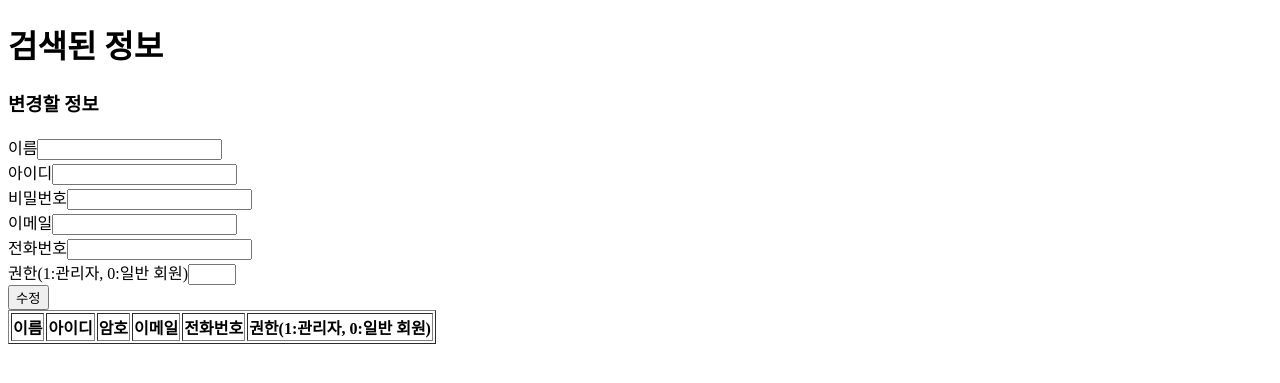
Repository: shinymusket/ideal-memory2
Page: http://localhost/web08/nameInfo.jsp
These files come from the project's save history. The page is drawn as it stood at one moment and after the next save; the edit follows.
The browser window is 1280 px wide. The pictures show the whole page.
The page is served by Tomcat 9. Queries for data that is not in the repository find no rows.

Above is the page before, as saved 2022-06-14 02:16:50.

After the next save:
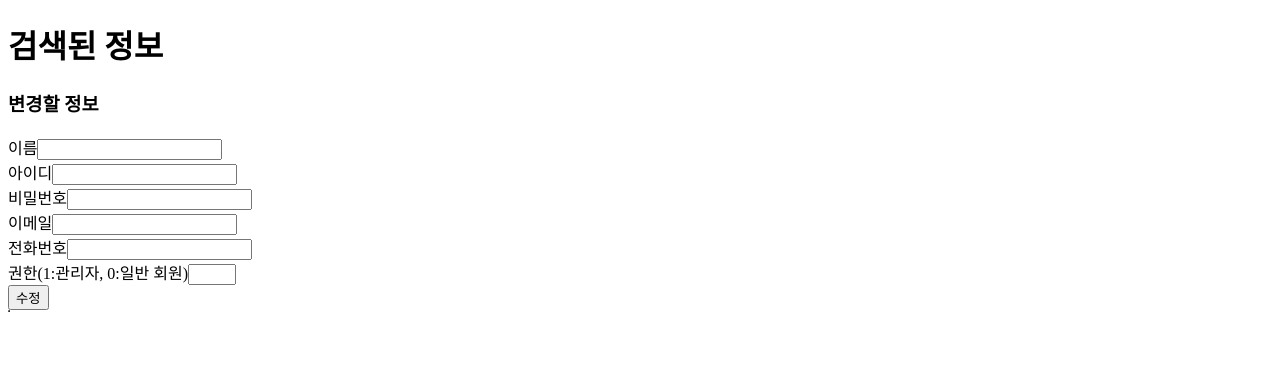
Saved 11 s later.
--- a/jspWorkSpace/web08/WebContent/nameInfo.jsp
+++ b/jspWorkSpace/web08/WebContent/nameInfo.jsp
@@ -24,14 +24,7 @@
 %>
 	<h1>검색된 정보</h1>
 <table border="1">
-	<tr>
-		<th>이름</th>
-		<th>아이디</th>
-		<th>암호</th>
-		<th>이메일</th>
-		<th>전화번호</th>
-		<th>권한(1:관리자, 0:일반 회원)</th>
-	</tr>
+
 
 <%
 	try {
